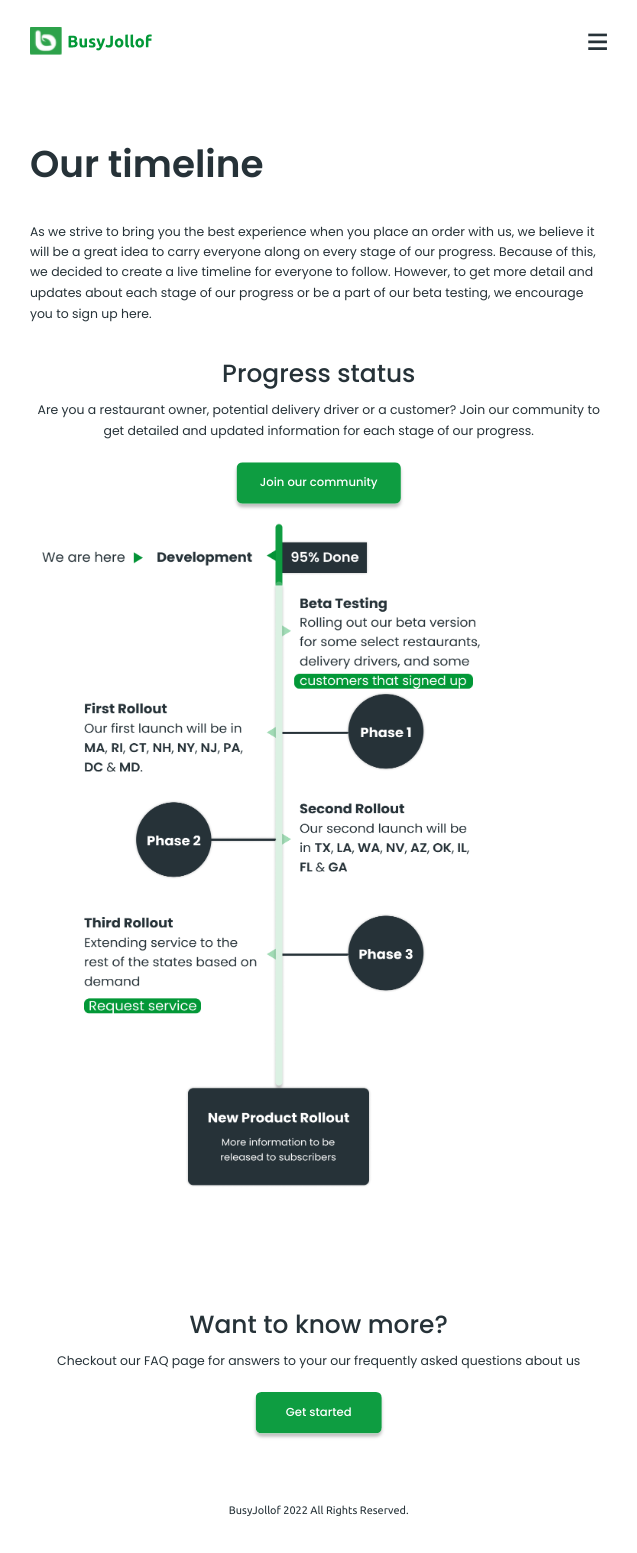
Repository: Busy-Jollof/bjuser-landing-page
Page: timeline.html
These files come from the project's save history. The page is drawn as it stood at one moment and after a run of saves; the edit follows.
The browser window is 768 px wide. The pictures show the whole page, at 83% of full size.

Above is the page before, as saved 2023-02-05 18:36:27.

### timeline.html
<!DOCTYPE html>
<html lang="en">
  <head>
    <!-- Required meta tags -->
    <meta charset="utf-8" />
    <meta name="viewport" content="width=device-width, initial-scale=1" />

    <!-- Bootstrap CSS -->
    <link href="assets/css/bootstrap.min.css" rel="stylesheet" />
    <link href="assets/css/all.min.css" rel="stylesheet" />
    <link href="assets/css/fontawesome.css" rel="stylesheet" />
    <link href="assets/css/style.css" rel="stylesheet" />
    <link href="assets/css/responsive.css" rel="stylesheet" />

    <title>BusyJollof - Timeline</title>
  </head>

  <body>
    <!--------- Offcanvas area start --------->
    <div class="offcanvas-area">
      <div class="menu-close">
        <i class="far fa-times"></i>
      </div>
      <div class="offcanvas-menu">
        <div class="main-menu">
          <ul class="d-block">
            <li><a href="index.html">Home</a></li>
            <li><a href="about.html">About us</a></li>
            <li><a href="timeline.html" class="active">Our timeline</a></li>
            <li><a href="launch.html">Launch with us</a></li>
            <li><a href="contact.html">Contact us</a></li>
          </ul>
        </div>
      </div>
    </div>

    <div class="offcanvas-overlay"></div>
    <!--------- Offcanvas area end --------->

    <!--------- Header area start --------->
    <header class="header">
      <div class="container d-flex justify-content-between align-items-center">
        <div class="header__logo">
          <a href="index.html"><img src="assets/img/logo.svg" alt="" /></a>
        </div>
        <nav class="header__nav d-none d-lg-block">
          <ul class="m-0 p-0 d-flex align-items-center justify-content-end">
            <li><a href="index.html">Home</a></li>
            <li><a href="about.html">About us</a></li>
            <li><a href="timeline.html" class="active">Our timeline</a></li>
            <li><a href="launch.html">Launch with us</a></li>
            <li><a href="contact.html">Contact us</a></li>
          </ul>
        </nav>
        <!-- mobile-bar -->
        <div class="mobo-bar d-lg-none">
          <span class="bar">
            <img src="assets/img/bar.svg" alt="" />
          </span>
        </div>
        <!-- mobile-bar-end -->
      </div>
    </header>
    <!--------- Header area end --------->

    <!--------- Main area start --------->
    <main class="main">
      <!--------- Timeline area start --------->
      <section class="timeline--area content__area">
        <div class="container">
          <div class="content">
            <h3>Our timeline</h3>
            <p>
              As we strive to bring you the best experience when you place an
              order with us, we believe it will be a great idea to carry
              everyone along on every stage of our progress. Because of this, we
              decided to create a live timeline for everyone to follow. However,
              to get more detail and updates about each stage of our progress or
              be a part of our beta testing, we encourage you to sign up here.
            </p>
            <div class="content text-center pt-4">
              <h4>Progress status</h4>
              <div class="row justify-content-center">
                <div class="col-lg-9">
                  <p>
                    Are you a restaurant owner, potential delivery driver or a
                    customer? Join our community to get detailed and updated
                    information for each stage of our progress.
                  </p>
                </div>
              </div>
              <div class="content-btn">
                <a href="" class="common-btn">Join our community</a>
              </div>
            </div>

            <div class="timline-wrapper py-lg-5 py-4">
              <div
                class="
                  timeline-wrapp
                  d-flex
                  align-items-center
                  justify-content-center
                "
              >
                <img
                  src="assets/img/timeline-desktop2.png"
                  class="img-fluid d-none d-md-block"
                  alt=""
                />
                <img
                  src="assets/img/timeline-mobo.png"
                  class="img-fluid d-md-none"
                  alt=""
                />
              </div>
              <!-- timeline-item -->
              <!-- <div class="timeline-item">
                            <div class="timeline-content">
                                <p>First Rollout</p>
                                <p>Our first launch will be in <strong>MA, RI, CT, NH, NY, NJ, PA, DC & MD</strong>. <span class="mark">marktext</span> </p>
                            </div>
                            <div class="timeline-ind">
                                <span class="ind-line"></span>
                                <div class="ind-circle">
                                    Phase 1
                                </div>
                            </div>
                        </div> -->
              <!-- timeline-item-end -->
            </div>
          </div>
        </div>
      </section>
      <!--------- Timeline area end --------->

      <!--------- CTA area start --------->
      <section class="cta__area">
        <div class="container">
          <div class="content text-center">
            <h4>Want to know more?</h4>
            <p>
              Checkout our FAQ page for answers to your our frequently asked
              questions about us
            </p>
            <div class="content-btn">
              <a href="" class="common-btn"
                ><span class="px-2">Get started</span></a
              >
            </div>
          </div>
        </div>
      </section>
      <!--------- CTA area end --------->
    </main>
    <!--------- Main area end --------->

    <!--------- Footer area start --------->
    <footer class="footer">
      <div class="container">
        <div class="copyright">BusyJollof 2022 All Rights Reserved.</div>
      </div>
    </footer>
    <!--------- Footer area end --------->

    <script src="assets/js/jquery.min.js"></script>
    <script src="assets/js/bootstrap.min.js"></script>
    <script src="assets/js/popper.js"></script>
    <script src="assets/js/main.js"></script>
    <script></script>
  </body>
</html>

### assets/css/responsive.css
/* Normal desktop :1499px. */
@media (max-width: 1499px) {
}

/* Normal desktop :1399px. */
@media (max-width: 1399px) {
}

/* Normal desktop :1199px. */
@media (max-width: 1199px) {
  .hero__content {
    max-width: 504px;
    margin: 0 auto;
    padding: 15px 20px;
  }
}

/* Normal Tablate :991px. */
@media (max-width: 991px) {
  .hero__content {
    padding: 36px 20px;
  }
  .hero__content h2 {
    font-size: 40px;
  }
  .hero__content h3 {
    font-size: 22px;
  }
  .hero__content h6 {
    font-size: 14px;
  }
  .hero__content h6 span img {
    max-width: 20px;
  }
  .hero__wrapper .col-lg-5 {
    max-width: 40%;
    width: 40%;
  }
  .hero__wrapper .col-lg-7 {
    max-width: 60%;
    width: 60%;
  }

  .cta__area {
    padding-top: 50px;
    padding-bottom: 85px;
  }
  .contact-inner {
    background-image: none !important;
  }
  .contact-img {
    text-align: center;
  }
  .contact-img img {
    max-width: 415px;
    margin: 0 auto;
    margin-left: -100px;
  }

  .content p {
    /*color: red;*/
    font-size: 15px;
  }

  .content h3
}

/* small mobile :320px. */
@media (max-width: 767px) {
  .hero__wrapper .col-lg-7 {
    max-width: 100%;
    width: 100%;
  }
  .hero__wrapper .col-lg-5 {
    width: 40%;
    display: none;
  }
  .hero__content {
    padding: 99px 25px 80px;
  }
  .hero__wrapper {
    border-radius: 0px;
  }
  section.hero__area .container {
    padding: 0px 0px;
  }

  .hero__content h6 {
    font-size: 18px;
  }
  .hero__content h2 {
    font-size: 45px;
  }
  .hero__content h3 {
    font-size: 25px;
  }
  .hero__btns a {
    margin-right: 6px;
  }
  .working__area {
    padding: 0px;
  }
  section.working__area .container {
    padding: 0px;
  }
  .working__content {
    max-width: 100%;
    width: 100%;
  }
  .working__wrapper {
    border-radius: 0px;
    margin-left: 0px;
    background: #fff;
    box-shadow: none;
  }
  .working__thumb {
    max-width: 350px;
    margin: 0 auto;
    top: -40px;
  }
  .working__content {
    max-width: 100%;
    width: 100%;
    padding: 49px 30px 75px 30px;
    background: radial-gradient(
      42% 44.11% at 50% 50.14%,
      rgba(38, 50, 56, 0.2) 0%,
      rgba(2, 152, 55, 0.2) 83.85%
    );
  }
  section.launch__area .container {
    padding: 0px;
  }
  .launch__wrapper {
    background: radial-gradient(
      49.86% 49.86% at 52.78% 44.14%,
      rgba(38, 45, 56, 0.86) 0%,
      #263238 100%
    );
    box-shadow: 0px 0px 4px rgba(0, 0, 0, 0.25);
    border-radius: 0px;
    padding: 59px 36px 70px;
  }
  .launch__thumb {
    margin-bottom: 52px;
  }
  .newsletter__area {
    padding-top: 0px;
    padding-bottom: 40px;
  }
  section.newsletter__area .container {
    padding: 0px;
  }
  .newsletter__wrapper {
    border-radius: 0px;
  }
  .footer {
    padding-bottom: 34px;
  }
  .header {
    padding: 12px 0;
  }
  .content h3 {
    font-size: 27px;
    margin-bottom: 30px;
  }
  .content p {
    font-size: 14px;
    line-height: 21px;
    margin-bottom: 15px;
  }
  .content h4 {
    font-size: 20px;
  }
  .launch-icon {
    max-width: 66px;
    margin-left: -26px;
    top: -13px;
  }
  label.form-label {
    font-size: 16px;
    line-height: 20px;
    margin-bottom: 4px;
  }
  .launch__form p {
    font-size: 11px !important;
  }
  input.form-control.w-25 {
    width: 50% !important;
  }
  .launch__form h5 {
    font-size: 16px;
  }
  .check-item label span.check-text {
    font-size: 14px !important;
  }
  .launch__form {
    margin-bottom: 30px;
  }
  .faq__item h5 {
    font-size: 16px;
  }
  .contact-img img {
    max-width: 100%;
    margin: 0 auto;
    margin-left: -63px;
  }
  .contact__wrapper h2 {
    font-size: 27px;
    margin-bottom: 15px;
  }
  .contact__wrapper p {
    font-size: 14px;
    font-weight: 400;
    margin-bottom: 20px;
  }

  .contact-padding {
    padding: 40px 0px 50px;
  }
}

/* Large Mobile :480px. */
@media only screen and (min-width: 480px) and (max-width: 767px) {
  .container {
    width: 450px;
  }
}

Loaded but not shown: assets/css/bootstrap.min.css (library); assets/css/all.min.css (library); assets/css/fontawesome.css (library); assets/js/jquery.min.js (library); assets/js/bootstrap.min.js (library); assets/js/popper.js (library); assets/js/main.js (77 lines, source omitted); assets/css/style.css (784 lines, source omitted)

After the next 5 saves:
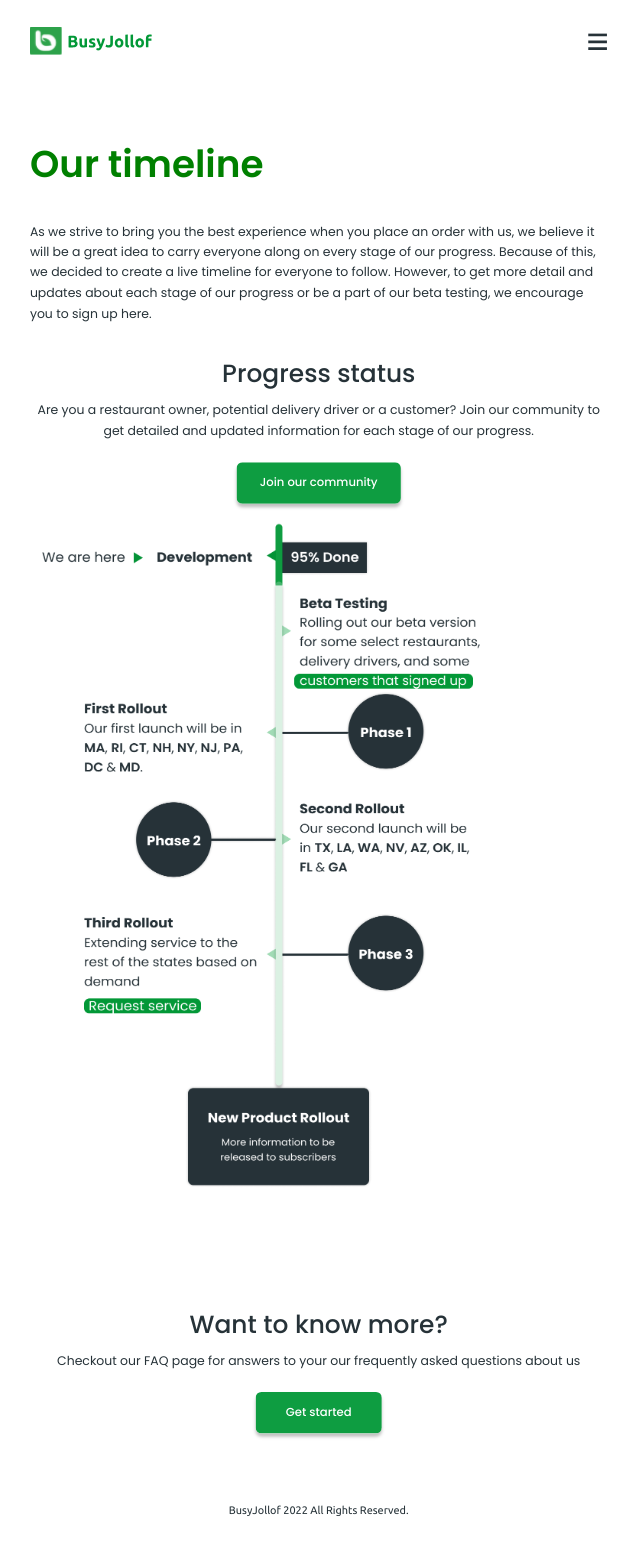
The 5 saves are shown as one change because they came seconds apart.
The last was saved 14 s later.
--- a/assets/css/responsive.css
+++ b/assets/css/responsive.css
@@ -62,7 +62,9 @@
     font-size: 15px;
   }
 
-  .content h3
+  .content h3 {
+    color: green;
+  }
 }
 
 /* small mobile :320px. */

After the 2 saves that followed:
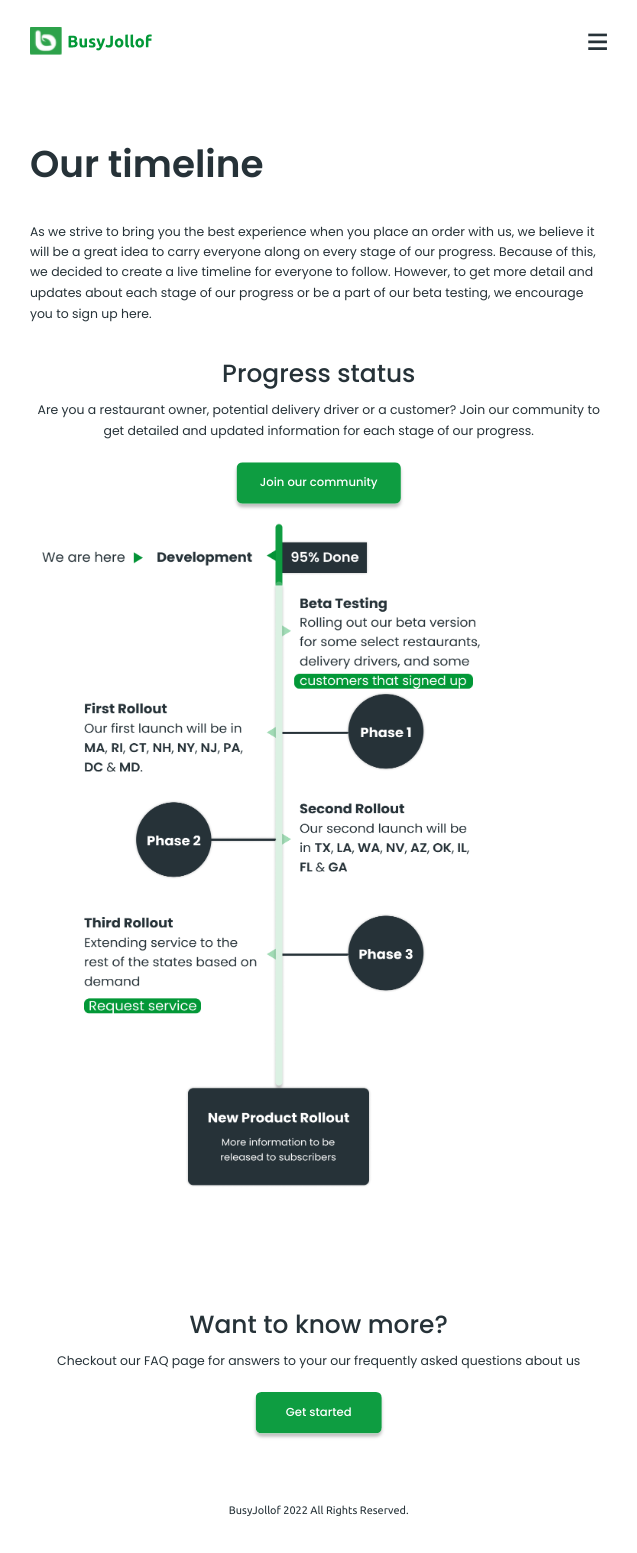
The 2 saves are shown as one change because they came seconds apart.
The last was saved 74 s later.
--- a/assets/css/responsive.css
+++ b/assets/css/responsive.css
@@ -62,6 +62,7 @@
     font-size: 15px;
   }
 
+  /
   .content h3 {
     color: green;
   }
